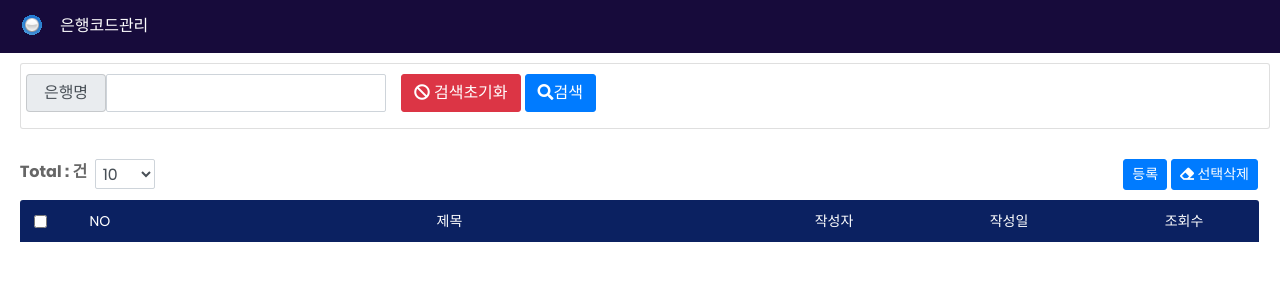
Repository: kimnamgu/GangNamGu
Page: http://localhost/manpower/WEB-INF/jsp/daejang/income.jsp
An editor plug-in stored every save of this project. The page is shown before and after the next save, followed by the edit.
The browser window is 1280 px wide. The pictures show the whole page.
The page is served by Tomcat 9. Nobody is signed in. Other server files are loaded and not shown. The template is opened directly, without the code that normally fills it, so the values that code supplies are empty.

Above is the page before, as saved 2020-11-04 02:20:44.
Console error: TypeError: Cannot read properties of undefined (reading 'replace')

### manpower/src/main/webapp/WEB-INF/jsp/daejang/income.jsp
<%@ page language="java" contentType="text/html; charset=UTF-8"	pageEncoding="UTF-8"%>
<html>
<head>
<%@ include file="/WEB-INF/include/include-header.jspf"%>


<script type="text/javascript">
	var user_right = "${sessionScope.userinfo.userright}";

	$(document).ready(function() {

		//from
		$("#FROM_DATE").datepicker({

			dateFormat: 'yy-mm-dd',
			monthNamesShort: ['1월','2월','3월','4월','5월','6월','7월','8월','9월','10월','11월','12월'],
		    dayNamesMin: ['일','월','화','수','목','금','토'],
			changeMonth: true, //월변경가능
		    changeYear: true, //년변경가능
			showMonthAfterYear: true //년 뒤에 월 표시
		});

		//to
		$("#TO_DATE").datepicker({

			dateFormat: 'yy-mm-dd',
			monthNamesShort: ['1월','2월','3월','4월','5월','6월','7월','8월','9월','10월','11월','12월'],
		    dayNamesMin: ['일','월','화','수','목','금','토'],
			changeMonth: true, //월변경가능
		    changeYear: true, //년변경가능
			showMonthAfterYear: true //년 뒤에 월 표시
		});

		//검색초기화
		fn_initial_setting();

		fn_selectDomesticContactList(1);

		$("#NAME").keydown(function (key) {

			if(key.keyCode == 13){//키가 13이면 실행 (엔터는 13)
				$("#PAGE_INDEX").val("1");
				fn_selectDomesticContactList(1);
			}
		});

		$("#search").on("click", function(e){ //검색 버튼
			e.preventDefault();
			fn_selectDomesticContactList(1);
		});

		$("#DISP_CNT").change(function(){
			$("#RECORD_COUNT").val($("#DISP_CNT option:selected").val());
			fn_selectDomesticContactList(1);
		});

		$("#initial").on("click", function(e){ //초기화 버튼
			e.preventDefault();
			$("#form1").each(function() {
				fn_initial_setting();
		    });
		});

		//전체 선택시
		$('input[name=_selected_all_]').on('change', function(){
			$('input[name=_selected_]').prop('checked', this.checked);
		});


		$("#delete").on("click", function(e){ //초기화 버튼
			e.preventDefault();
			delChkRow();
		});


	});

	function fromDate_icon(){
		//from
		$("#FROM_DATE").focus();

	}

	function toDate_icon(){
		//to
		$("#TO_DATE").focus();
	}


	//선택 로우 삭제
    function delChkRow() {

    	var arr = $('input[name=_selected_]:checked').serializeArray().map(function(item) { return item.value });

		var checkedValue = [];
		$('input[name=_selected_]:checked').each(function(index, item){
			checkedValue.push($(item).val());
		});


		if (arr.length ==0 ) {
			alert("선택된 로우가 없습니다.");
			return false;
		}

		if (confirm("선택 항목을 삭제 하시겠습니까?")) {

			//견적서 파일 삭제

			$.ajax({
		        type: "post",
		        url : "/corona/manage/deleteDomesticChk.do",
		        data: {
		        	val:checkedValue
		        },
		        contentType : "application/x-www-form-urlencoded; charset=utf-8",

		        success:function (data) {//추천성공
		        	alert("삭제가 완료되었습니다.");
		        	fn_selectDomesticContactList(1);
	            },

		        error: function (data) {//추천실패
		        	alert("삭제가 실패 하였습니다.관리자에게 문의 바랍니다.");
	            }
	     	});

		}
	}

	//수정화면가기
	function fn_updateDomestic(UID) {
		var comSubmit = new ComSubmit();

		comSubmit.setUrl("<c:url value='/write/updateDomesticView.do' />");
		comSubmit.addParam("ID", UID);
		comSubmit.submit();
	}


	//검색초기화
	function fn_initial_setting(){
		//From의 초기값을 오늘 날짜로 설정
	    $('#FROM_DATE').datepicker('setDate', '-1M'); //(-1D:하루전, -1M:한달전, -1Y:일년전), (+1D:하루후, -1M:한달후, -1Y:일년후)
	    //To의 초기값을 내일로 설정
	    $('#TO_DATE').datepicker('setDate', 'today'); //(-1D:하루전, -1M:한달전, -1Y:일년전), (+1D:하루후, -1M:한달후, -1Y:일년후)

	    $("#RECORD_COUNT").val($("#DISP_CNT option:selected").val());
		$("#PAGE_INDEX").val("1");

		$("#NAME").val("");
	}


	function fn_selectDomesticContactList(pageNo){
		var comAjax = new ComAjax();
		comAjax.setUrl("<c:url value='/manage/selectDomesticContactList.do' />");
		comAjax.addParam("PAGE_INDEX",pageNo);
		comAjax.addParam("PAGE_ROW", $("#RECORD_COUNT").val());
		comAjax.addParam("name", $("#NAME").val());

		comAjax.addParam("from_date", $("#FROM_DATE").val().replace(/-/gi, ""));
		comAjax.addParam("to_date", $("#TO_DATE").val().replace(/-/gi, ""));
		comAjax.setCallback("fn_selectDomesticContactListCallback");

		comAjax.ajax();
	}


	function fn_selectDomesticContactListCallback(data){
		var total = data.total;
		var body = $("#mytable");
		var recordcnt = $("#RECORD_COUNT").val();


		$("#tcnt").text(comma(total));

		body.empty();
		if(total == 0){
			var str = "<tr>" +
				  "<td colspan='32' style='text-align:center;'>조회된 결과가 없습니다.</td>" +
				  "</tr>";
			body.append(str);
		}
		else{
			var params = {
				divId : "PAGE_NAVI",
				pageIndex : "PAGE_INDEX",
				totalCount : total,
				recordCount : recordcnt,
				eventName : "fn_selectDomesticContactList"
			};
			gfn_renderPaging(params);

			var str = "";
			var t_str = "";
			var tr_class = "";
			var jsonData = null;
			var jsonStr = null;

			$.each(data.list, function(key, value){
				       t_str = "";

				       if ((value.RNUM % 2) == 0 )
							tr_class = "tr1";
					   else
							tr_class = "tr2";


				       str += "<tr class='" + tr_class + "'>" +
				       			   "<td><input type='checkbox' name='_selected_' value='"+value.ID+"'></td>" +
								   "<td align='center' style='color:#444444;'>" + value.RNUM + "</td>" +
								   "<td width=90 align='center' style='color:#444444;word-break:break-all;'><span class='status--denied'>" + formatDate(NvlStr(value.WRITE_DATE), ".") + "</span></td>" +
								   "<td align='center' style='color:#444444;'>" + hp_format(NvlStr(value.CELL_NUM)) + "</td>" +
								   "<td align='center' style='color:blue;'>" +
								   "	<a href='javascript:void(0);' onclick='fn_updateDomestic("+ value.ID +")' name='NAME'>" + NvlStr(value.NAME) + "</a>"+
								   "</td>" +
								   "<td align='center' style='color:#444444;'>" + NvlStr(value.SEX) + "</td>" +
								   "<td align='center' style='color:#444444;'>" + NvlStr(value.BIRTH) + "</td>" +
								   "<td align='center' style='color:#444444;'>" + NvlStr(value.JOB) + "</td>" +
								   "<td align='center' style='color:#444444;'>" + NvlStr(value.SELF_ISO_AREA_DONG) + "</td>" +
								   "<td align='center' style='color:#444444;'>" + NvlStr(value.SELF_ISO_AREA_ADDRESS) + "</td>" +
								   "<td align='center' style='color:#444444;'>" + NvlStr(value.SELF_ISO_AREA_ADDRESS_DTL) + "</td>" +
								   "<td align='center' style='color:#444444;'>" + NvlStr(value.PATIENT_NUM) + "</td>" +
								   "<td align='center' style='color:#444444;'>" + NvlStr(value.PATIENT_NAME) + "</td>" +
								   "<td align='center' style='color:#444444;'>" + NvlStr(value.CONTACT_NUM) + "</td>" +
								   "<td align='center' style='color:#444444;'>" + NvlStr(value.CONTACT_NAME) + "</td>" +
								   "<td align='center' style='color:#444444;'>" + NvlStr(value.FINAL_CONTACT) + "</td>" +
								   "<td align='center' style='color:#444444;'>" + NvlStr(value.MONITOR_START) + "</td>" +
								   "<td align='center' style='color:#444444;'>" + NvlStr(value.MONITOR_END) + "</td>" +
								   "<td align='center' style='color:#444444;'>" + NvlStr(value.CONTACT_ADDRESS) + "</td>" +
								   "<td align='center' style='color:#444444;'>" + NvlStr(value.CONTACT_TYPE) + "</td>" +
								   "<td align='center' style='color:#444444;'>" + NvlStr(value.CONTACT_GUBUN) + "</td>" +
								   "<td align='center' style='color:#444444;'>" + NvlStr(value.PATIENT_YN) + "</td>" +
								   "<td align='center' style='color:#444444;'>" + NvlStr(value.BALGUB_YN) + "</td>" +
								   "<td align='center' style='color:#444444;'>" + NvlStr(value.DAMDANG_DEPART) + "</td>" +
								   "<td align='center' style='color:#444444;'>" + NvlStr(value.DAMDANG_CLASS) + "</td>" +
								   "<td align='center' style='color:#444444;'>" + NvlStr(value.DAMDANG_POSITION) + "</td>" +
								   "<td align='center' style='color:#444444;'>" + NvlStr(value.DAMDANG_NAME) + "</td>" +
								   "<td align='center' style='color:#444444;'>" + NvlStr(value.DAMDANG_CALL) + "</td>" +
							   "</tr>";

			});
			body.append(str);
		}
	}


	//엑셀 업로드
	function check() {
		var file = $("#excelFile").val();

		if (file == "" || file == null) {
			alert("파일을 선택해주세요.");
			return false;
		} else if (!checkFileType(file)) {
			alert("엑셀 파일만 업로드 가능합니다.");
			return false;
		}

		if (confirm("업로드시 병합된 셀이 있으면 해제해 주셔야 합니다.\n업로드 하시겠습니까?")) {

			var options = {
				success : function(data) {
					if(data.resultMap.rtn == 1){
						alert("모든 데이터가 업로드 되었습니다.");
						fn_selectDomesticContactList(1);
					}else{
						alert(data.resultMap.err_msg+"\n\n" + data.resultMap.err_msg_dtl);
					}

				},
				type : "POST"
			};

			$("#excelUploadForm").ajaxSubmit(options);

		}
	}

	//엑셀 형식인지 확인
	function checkFileType(filePath) {
		var fileFormat = filePath.split(".");

		if (fileFormat.indexOf("xls") > -1 || fileFormat.indexOf("xlsx") > -1) {
			return true;
		} else {
			return false;
		}
	}

	//샘플다운로드
	function fn_sampleDownload(gubun){
		var comSubmit = new ComSubmit();
		comSubmit.setUrl("<c:url value='/common/downloadSampleFile.do' />");
		comSubmit.addParam("gubun", gubun);
		comSubmit.submit();
	}

	//엑셀 다운로드
	function doExcelDownloadProcess(mappingValue){
		alert("다운로드 되는 엑셀은 조회조건에 영향을 받습니다.");

		$("input[name=name]", "form[name=excelDown]").val($("#NAME").val());
		$("input[name=from_date]", "form[name=excelDown]").val($("#FROM_DATE").val().replace(/-/gi, ""));
		$("input[name=to_date]", "form[name=excelDown]").val($("#TO_DATE").val().replace(/-/gi, ""));

	    var f = document.excelDown;
	    f.action = mappingValue;
	    f.submit();
	}
</script>
</head>

<body>

<form id="form1" name="form1">
<input type="hidden" id="USER_ID" name="USER_ID" value="${sessionScope.userinfo.userId}">
<c:set var="u_rt" value="${sessionScope.userinfo.userright}"/>


<div style="background-color:#170B3B;color:white; margin-bottom:10px; width: 100%;">
	<a href="#this" class="btn" id="logout">
		<img src="/manpower/images/popup_title.gif" align="absmiddle">
	</a>은행코드관리
</div>



<div style="width:100%;padding-left:20px;padding-right:10px;">
	<div class="card" style="width:100%;display: inline-block;padding-top:10px;">
		<form action="" method="post">
			<div class="card-body card-block">
				<div>
					<div class="form-group" style="width: 360;float:left;margin-left:5px;">
						<div class="input-group">
							<div class="input-group-addon" style="width: 80px;">은행명</div>
							<input type="text" id="NAME" name="NAME" value="" class="form-control">
						</div>
					</div>
				</div>
			</div>
			<div class="form-actions form-group">
				<div style="float: left;margin-left:15px;">
					<a href="#this" class="btn btn-danger" id="initial"><i class="fa fa-ban"></i> 검색초기화</a>
					<a href="#this" class="btn btn-primary" id="search"><i class="fa fa-search"></i>검색</a>
				</div>
			</div>
		</form>
	</div>
</div>

	<div style="float: left;margin-left:20px;">
		<div style="float: left;">
			<b>Total : <span id="tcnt"></span> 건</b> &nbsp;
		</div>
		<div style="float: left;">
			<select id="DISP_CNT" name="DISP_CNT" class="form-control" style="width:60px!important;height:30px;padding:3px;">
	           	<option value="10">10</option>
	           	<option value="20">20</option>
				<option value="50">50</option>
			</select>
		</div>
	</div>

</form>

<div class="contents" style="float:right;margin-right:22px;margin-bottom:10px;">
	<a href="/corona/write/domesticWrite.do" class="btn btn-primary btn-sm" id="insert">등록</a>
	<a href="#this" class="btn btn-primary btn-sm" id="delete"><i class="fa fa-eraser"></i> 선택삭제</a>
</div>
<div align="left" style="width:100%;padding-right:20px;">
	<div  style="margin-left:20px;" align="center">
		<div class="table-responsive m-b-40">
			 <table class="table table-borderless table-data3" id="selectable">
			     <thead style="background-color:#0B2161;">
			        <tr align="center">
			        		<th style="width: 40px;"><input type="checkbox" name="_selected_all_"></th>
							<th style="width: 80px;">NO</th>
							<th>제목</th>
							<th style="width: 150px;">작성자</th>
							<th style="width: 200px;">작성일</th>
							<th style="width: 150px;">조회수</th>
						</tr>
			      </thead>
			      <tbody id='mytable'>
			      </tbody>
		      </table>
	      </div>
	</div>

	<div id="PAGE_NAVI" align='center'></div>
	<input type="hidden" id="PAGE_INDEX" name="PAGE_INDEX"/>
	<input type="hidden" id="RECORD_COUNT" name="RECORD_COUNT" value="20"/>

</div>

	<%@ include file="/WEB-INF/include/include-body.jspf" %>




</body>
</html>

### manpower/src/main/webapp/WEB-INF/include/include-header.jspf
<%@ taglib prefix="c" uri="http://java.sun.com/jsp/jstl/core" %>
<%@ taglib prefix="fn" uri="http://java.sun.com/jsp/jstl/functions" %>
<%@ taglib prefix="fmt" uri="http://java.sun.com/jsp/jstl/fmt" %>
<!--
<link rel="stylesheet" type="text/css" href="/manpower/css/common.css" />
<link rel="stylesheet" type="text/css" href="/manpower/css/skin01.css" />
<link rel="stylesheet" type="text/css" href="/manpower/css/import.css" />
<link rel="stylesheet" type="text/css" href="/manpower/css/manpower.css" />
 -->



<!-- Fontfaces CSS-->
<link href="/manpower/bootstrap/css/font-face.css" rel="stylesheet" media="all">
<link href="/manpower/bootstrap/vendor/font-awesome-4.7/css/font-awesome.min.css" rel="stylesheet" media="all">
<link href="/manpower/bootstrap/vendor/font-awesome-5/css/fontawesome-all.min.css" rel="stylesheet" media="all">
<link href="/manpower/bootstrap/vendor/mdi-font/css/material-design-iconic-font.min.css" rel="stylesheet" media="all">

<!-- Bootstrap CSS-->
<link href="/manpower/bootstrap/vendor/bootstrap-4.1/bootstrap.min.css" rel="stylesheet" media="all">

<!-- Vendor CSS-->
<link href="/manpower/bootstrap/vendor/animsition/animsition.min.css" rel="stylesheet" media="all">
<link href="/manpower/bootstrap/vendor/bootstrap-progressbar/bootstrap-progressbar-3.3.4.min.css" rel="stylesheet" media="all">
<link href="/manpower/bootstrap/vendor/wow/animate.css" rel="stylesheet" media="all">
<link href="/manpower/bootstrap/vendor/css-hamburgers/hamburgers.min.css" rel="stylesheet" media="all">
<link href="/manpower/bootstrap/vendor/slick/slick.css" rel="stylesheet" media="all">
<link href="/manpower/bootstrap/vendor/select2/select2.min.css" rel="stylesheet" media="all">
<link href="/manpower/bootstrap/vendor/perfect-scrollbar/perfect-scrollbar.css" rel="stylesheet" media="all">

<!-- Main CSS-->
<link href="/manpower/bootstrap/css/theme.css" rel="stylesheet" media="all">




<!-- Jquery JS-->
<script src="/manpower/bootstrap/vendor/jquery-3.2.1.min.js"></script>
<!-- Bootstrap JS-->
<script src="/manpower/bootstrap/vendor/bootstrap-4.1/popper.min.js"></script>
<script src="/manpower/bootstrap/vendor/bootstrap-4.1/bootstrap.min.js"></script>
<!-- Vendor JS       -->
<script src="/manpower/bootstrap/vendor/slick/slick.min.js">
</script>
<script src="/manpower/bootstrap/vendor/wow/wow.min.js"></script>
<script src="/manpower/bootstrap/vendor/animsition/animsition.min.js"></script>
<script src="/manpower/bootstrap/vendor/bootstrap-progressbar/bootstrap-progressbar.min.js">
</script>
<script src="/manpower/bootstrap/vendor/counter-up/jquery.waypoints.min.js"></script>
<script src="/manpower/bootstrap/vendor/counter-up/jquery.counterup.min.js">
</script>
<script src="/manpower/bootstrap/vendor/circle-progress/circle-progress.min.js"></script>
<script src="/manpower/bootstrap/vendor/perfect-scrollbar/perfect-scrollbar.js"></script>
<script src="/manpower/bootstrap/vendor/chartjs/Chart.bundle.min.js"></script>
<script src="/manpower/bootstrap/vendor/select2/select2.min.js">
</script>

<!-- Main JS-->
<script src="/manpower/bootstrap/js/main.js"></script>

<!-- jQuery -->
<link rel="stylesheet" type="text/css" href="/manpower/css/jquery-ui.css" />
<!-- <script src="http://code.jquery.com/jquery.min.js"></script>-->
<script type="text/javascript" src="<c:url value='/js/jquery.min.js'/>"></script>
<script type="text/javascript" src="<c:url value='/js/jquery-ui.js'/>"></script>
<script type="text/javascript" src="<c:url value='/js/jquery.cookie.js'/>"></script>
<script type="text/javascript" src="<c:url value='/js/jquery.form.js'/>"></script>
<script src="<c:url value='/js/common.js'/>" charset="utf-8"></script>

### manpower/src/main/webapp/WEB-INF/include/include-body.jspf
<%@ page pageEncoding="utf-8"%>
<form id="commonForm" name="commonForm"></form>

Loaded but not shown: manpower/src/main/webapp/bootstrap/css/theme.css (library); manpower/src/main/webapp/css/jquery-ui.css (library); manpower/src/main/webapp/js/jquery.min.js (library); manpower/src/main/webapp/js/jquery-ui.js (library); manpower/src/main/webapp/js/jquery.cookie.js (library); manpower/src/main/webapp/js/jquery.form.js (library); manpower/src/main/webapp/bootstrap/js/main.js (1670 lines, source omitted); manpower/src/main/webapp/js/common.js (515 lines, source omitted); manpower/src/main/webapp/bootstrap/css/font-face.css (234 lines, source omitted)

After the next save:
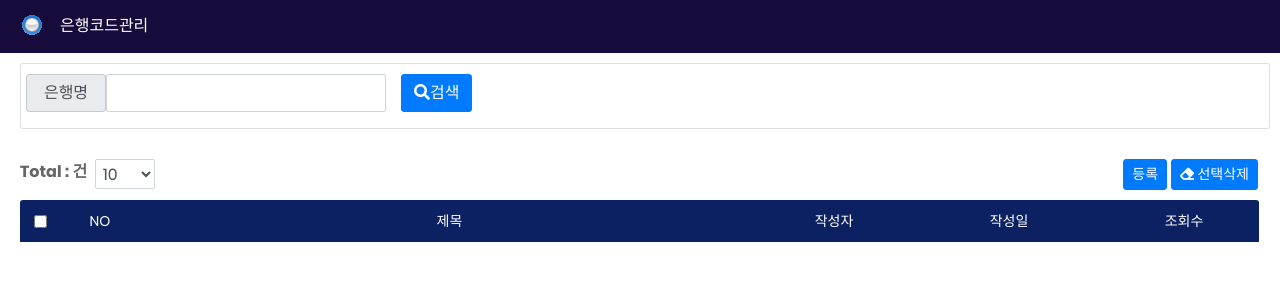
Saved 2 min 24 s later.
--- a/manpower/src/main/webapp/WEB-INF/jsp/daejang/income.jsp
+++ b/manpower/src/main/webapp/WEB-INF/jsp/daejang/income.jsp
@@ -342,7 +342,6 @@
 			</div>
 			<div class="form-actions form-group">
 				<div style="float: left;margin-left:15px;">
-					<a href="#this" class="btn btn-danger" id="initial"><i class="fa fa-ban"></i> 검색초기화</a>
 					<a href="#this" class="btn btn-primary" id="search"><i class="fa fa-search"></i>검색</a>
 				</div>
 			</div>
